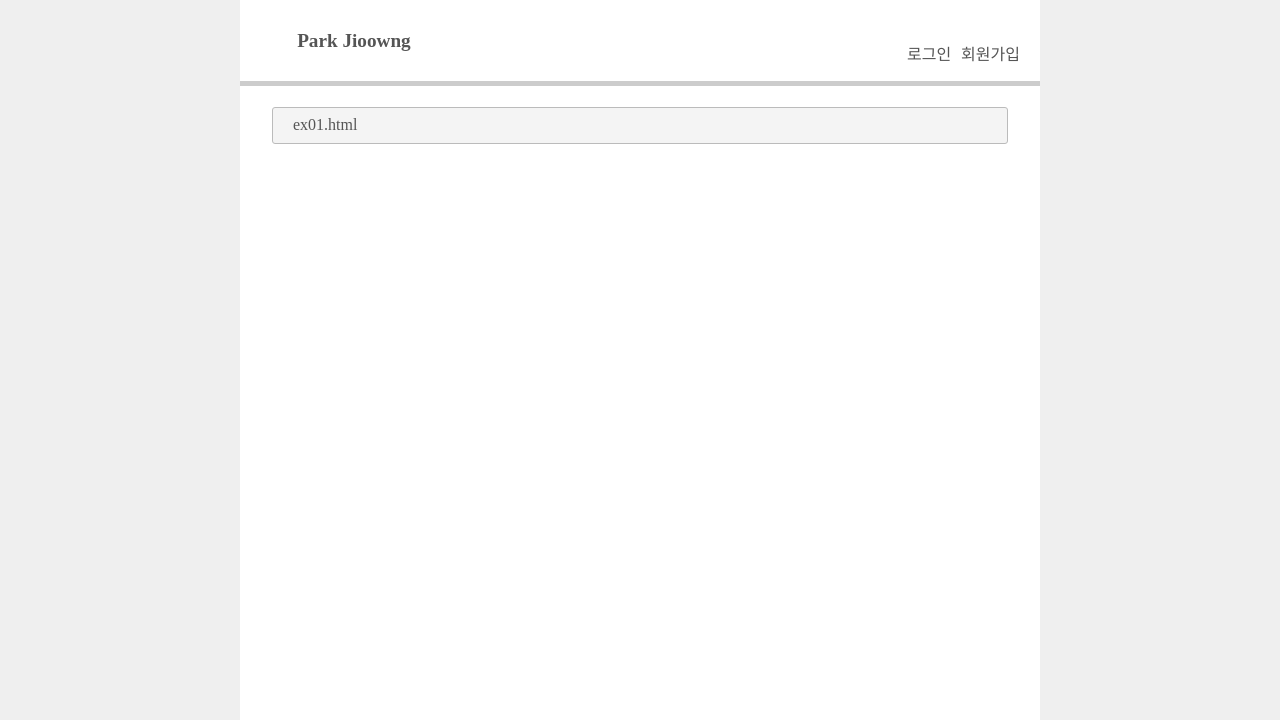
Repository: park-jiwoong/webClass
Page: JSPClass/jspPro/src/main/webapp/days01/ex01.html
These files come from the project's save history. The page is drawn as it stood at one moment and after the next save; the edit follows.
The browser window is 1280 px wide. The pictures show the whole page.
Some web fonts or font styles are not loaded; a fallback is used.

Above is the page before, as saved 2025-05-21 01:23:15.

### JSPClass/jspPro/src/main/webapp/days01/ex01.html
<!DOCTYPE html>
<html>
<head>
<meta charset="UTF-8">
<meta name="viewport" content="width=device-width, initial-scale=1.0">
<title>2025. 5. 21. 오전 9:51:45</title>
<link rel="shortcut icon" type="image/x-icon"
	href="/jspPro/images/SiSt.ico">
<link rel="stylesheet" href="/jspPro/resources/cdn-main/example.css">
<script src="/jspPro/resources/cdn-main/example.js"></script>
<style>
span.material-symbols-outlined {
	vertical-align: text-bottom;
}
</style>
</head>
<body>
	<header>
		<h1 class="main">
			<a href="#" style="position: absolute; top: 30px;">Park Jioowng</a>
		</h1>
		<ul>
			<li><a href="#">로그인</a></li>
			<li><a href="#">회원가입</a></li>
		</ul>
	</header>
	<div>
		<xmp class="code"> ex01.html </xmp>
	</div>
</body>
</html>

### JSPClass/jspPro/src/main/webapp/resources/cdn-main/example.css
@charset "UTF-8";

@import url('https://fonts.googleapis.com/css2?family=Material+Symbols+Outlined:opsz,wght,FILL,GRAD@20..48,100..700,0..1,-50..200');

@font-face {
    font-family: 'GmarketSansMedium';
    src: url('https://cdn.jsdelivr.net/gh/projectnoonnu/noonfonts_2001@1.1/GmarketSansMedium.woff') format('woff');
    font-weight: normal;
    font-style: normal;
}

:root {
	--text-color: #555;
	--sub-text-color: #777;
	--back-color: #EFEFEF;
	--header-color: #444;
	--primary-color: #DEDEDE;
	--secondary-color: #EFEFEF;
	--default-width: 800px;
	--narrow-width: 500px;
	--wide-width: 1200px;
	--text-font: 'GmarketSansMedium';
	--icon-font: 'Material Symbols Outlined';
	--border-color: #CCC;
}

html, body {
	margin: 0;
	padding: 0;
}

html {
	background-color: var(--back-color);
	display: flex;
	justify-content: center;
	min-height: 100vh;
}

body, body.default {
	width: var(--default-width);
	background-color: white;
	padding-bottom: 120px;
}

body.wide {
	width: var(--wide-width);
}

body.narrow {
	width: var(--narrow-width);
}



body, p, div, span, a, input, select, option, textarea, button, table, th, td, label, fieldset, legend {
	font-family: var(--text-font);
	color: var(--text-color);
}

h1, h2, h3 {
	font-family: var(--text-font);
	color: var(--header-color);
	padding: 0 1rem;
	padding-top: .5rem;
}

div > h1, div > h2, div > h3 {
	padding: 0;
}

body > div, body > main > div {
	padding: 0.3rem 1rem;
}


h1 { font-size: 2rem; border-bottom: 1px solid var(--border-color); }
h1 small { font-size: 1.2rem; color: var(--sub-text-color); }
h2 { font-size: 1.5rem; border-bottom: 1px dashed var(--border-color); }
h2 small { font-size: 1.1rem; color: --sub-text-color; }
h3 { font-size: 1.2rem; }
h3 small { font-size: 1rem; color: --sub-text-color; }



h1.main::before {
	font-family: var(--icon-font);
  	content: '\e666';
  	margin-right: 10px;
  	float: left;
	font-size: 2.5rem;
}

h1.sub::before {
	font-family: var(--icon-font);
  	content: '\ea19';
  	margin-right: 10px;
  	float: left;
	font-size: 2.5rem;
}


h1.page::before {
	font-family: var(--icon-font);
  	content: '\e0e0';
  	margin-right: 10px;
  	float: left;
	font-size: 2.5rem;
}

body > header > ul > li > .active{
	background-color: #FFF;
	color:#F00;
}

body > header {
	display: flex;
	justify-content: space-between;
	border-bottom: 5px solid var(--border-color);
	min-height: 74px;
	background-color: #FFF;
}

body > header.sticky {
	position: sticky;
	top: 0;
	z-index: 98;
}

body > header > h1 {
	font-size: 1.2rem;
	border: 0;
}

body > header.in > h1::before {
	font-family: var(--icon-font);
  	content: '\e332‥';
  	margin-right: 3px;
  	float: left;
	font-size: 2rem;
}


body > header > ul {
	list-style-type: none;
	display: flex;
	align-items: flex-end;
	margin-right: 10px;
}

body > header > ul > li {
	margin-right: 10px;
	cursor: pointer;
}

body > header > ul > li > a {
	cursor: pointer;
}


form {
	display: block;
}

form > div {
	padding: 0.3rem 1rem;
}

div > form > div {
	padding: 0.3rem 0;
}

input, textarea, button, select {
	border: 1px solid #BBB;
	border-radius: 3px;
	outline: none;
	resize: none;
	padding: 7px;
	margin: 0;
}

input[type=text]:read-only, textarea:read-only {
	cursor: not-allowed;
	background-color: #FFF;
}

input[type=text]:disabled, textarea:disabled {
	cursor: not-allowed;
	background-color: #EEE;
}

input[type=text], input[type=password], textarea, button, select {
	/* width: 300px; */
}

textarea {
	display: block;
	height: 100px;
}

input[type=button], input[type=submit], button {
	/* width: inherit; */
}

input.short, textarea.short, button.short, select.short {
	width: 100px;
}

input.long, textarea.long, button.long, select.long {
	width: 350px;
}

.narrow input.long, .narrow textarea.long, .narrow button.long, .narrow select.long {
	width: calc(100% - 20px);
}

input.full, textarea.full, button.full, select.full {
	width: calc(100% - 20px);
}

textarea.short {
	height: 50px;
}

textarea.long {
	height: 100px;
}

textarea.full {
	height: 200px;
}

input, textarea {
	padding-top: 8px;
}

input[type=button], input[type=submit], button {
	padding: 5px 10px;
	background-color: var(--secondary-color);
	cursor: pointer;
	min-height: 36px;
}

input[type=button].primary, input[type=submit].primary, button.primary {
	/* background-color: rgba(100, 149, 237, .2); */
	background-color: var(--primary-color);
}

input[type=button].primary:hover, input[type=submit].primary:hover, button.primary:hover {
	/* background-color: rgba(100, 149, 237, .3); */
	background-color: var(--secondary-color);
}

input[type=button]:hover, input[type=submit]:hover, button:hover {
	background-color: var(--primary-color);
}

button {
	position: relative;
	left: 0;
	top: 0;
	padding-left: 35px;
}

button .material-symbols-outlined {
	position: absolute;
	left: 10px;
	top: 4px;
}

/* k2nik add */
button.login::before {
	font-family: var(--icon-font);
  	content: '\ea77';
	position: absolute;
	left: 11px;
	top: 4px;
	font-size: 1.25rem;
}

/* k2nik logout */
button.logout::before {
	font-family: var(--icon-font);
  	content: '\e9ba';
	position: absolute;
	left: 11px;
	top: 4px;
	font-size: 1.25rem;
}

/* k2nik help */
button.help::before {
	font-family: var(--icon-font);
  	content: '\f1c0';
	position: absolute;
	left: 11px;
	top: 4px;
	font-size: 1.25rem;
}

button.add::before{
	font-family: var(--icon-font);
  	content: '\e746';
	position: absolute;
	left: 11px;
	top: 4px;
	font-size: 1.25rem;
}

button.back::before {
	font-family: var(--icon-font);
  	content: '\e166';
	position: absolute;
	left: 11px;
	top: 4px;
	font-size: 1.25rem;
}

button.list::before {
	font-family: var(--icon-font);
  	content: '\e0ee';
	position: absolute;
	left: 11px;
	top: 4px;
	font-size: 1.25rem;
}


button.del::before {
	font-family: var(--icon-font);
  	content: '\e872';
	position: absolute;
	left: 11px;
	top: 4px;
	font-size: 1.25rem;
}

button.alldel::before {
	font-family: var(--icon-font);
  	content: '\e92b';
	position: absolute;
	left: 11px;
	top: 4px;
	font-size: 1.25rem;
}


button.edit::before {
	font-family: var(--icon-font);
  	content: '\e745';
	position: absolute;
	left: 11px;
	top: 4px;
	font-size: 1.25rem;
}


button.login::before {
	font-family: var(--icon-font);
  	content: '\ea77';
	position: absolute;
	left: 11px;
	top: 4px;
	font-size: 1.25rem;
}


button.logout::before {
	font-family: var(--icon-font);
  	content: '\e9ba';
	position: absolute;
	left: 11px;
	top: 4px;
	font-size: 1.25rem;
}


button.in::before {
	font-family: var(--icon-font);
  	content: '\f71a';
	position: absolute;
	left: 11px;
	top: 4px;
	font-size: 1.25rem;
}


button.out::before {
	font-family: var(--icon-font);
  	content: '\f70e';
	position: absolute;
	left: 11px;
	top: 4px;
	font-size: 1.25rem;
}


button.reply::before {
	font-family: var(--icon-font);
  	content: '\e15e';
	position: absolute;
	left: 11px;
	top: 4px;
	font-size: 1.25rem;
}


button.comment::before {
	font-family: var(--icon-font);
  	content: '\e0b9';
	position: absolute;
	left: 11px;
	top: 4px;
	font-size: 1.25rem;
}


button.modal::before {
	font-family: var(--icon-font);
  	content: '\e89e';
	position: absolute;
	left: 11px;
	top: 4px;
	font-size: 1.25rem;
}


button.ok::before {
	font-family: var(--icon-font);
  	content: '\e86c';
	position: absolute;
	left: 11px;
	top: 4px;
	font-size: 1.25rem;
}


button.cancel::before {
	font-family: var(--icon-font);
  	content: '\e5c9';
	position: absolute;
	left: 11px;
	top: 4px;
	font-size: 1.25rem;
}

button.search::before {
	font-family: var(--icon-font);
  	content: '\e8b6';
	position: absolute;
	left: 11px;
	top: 4px;
	font-size: 1.25rem;
}

button.home::before {
	font-family: var(--icon-font);
  	content: '\e88a';
	position: absolute;
	left: 11px;
	top: 4px;
	font-size: 1.25rem;
}


button.sidebar::before {
	font-family: var(--icon-font);
  	content: '\f7e4';
	position: absolute;
	left: 11px;
	top: 4px;
	font-size: 1.25rem;
}


button.sidebar-right::before {
	font-family: var(--icon-font);
  	content: '\f7e5';
	position: absolute;
	left: 11px;
	top: 4px;
	font-size: 1.25rem;
}




button::before {
	font-family: var(--icon-font);
  	content: '\e323';
	position: absolute;
	left: 11px;
	top: 4px;
	font-size: 1.25rem;
}


table {
	border-collapse: collapse;
	margin: 1rem;
	box-sizing: border-box;
	width: calc(100% - 32px);
}

table.content {
	width: auto;
}

div > table {
	margin: 0;
}

table th, table td {
	border: 1px solid var(--border-color);
	padding: 7px;
	font-weight: normal;
}

table th {
	background-color: var(--back-color);
}

table.vertical th {
	width: 150px;
}

table.vertical td {
	width: calc(100% - 182px);
	padding-left: 10px;
}

table.content td, table.content th {
	width: auto;
}

body.narrow table.vertical th {
	width: 100px;
}

body.narrow table.vertical td {
	width: calc(100% - 182px);
}


table + table {
	margin-top: 30px;
}


p {
	padding: 0 1rem;
}

a {
	text-decoration: none;
}

a:hover {
	color: rgba(255, 99, 71, .7);
}

hr {
	border: 0;
	border-top: 1px solid var(--border-color);
	margin: 2rem 0;
}

.message {
	border: 1px solid var(--border-color);
	background-color: #EFEFEF;
	margin: 1rem;
	width: auto;
	padding-top: 10px;
	padding-bottom: 10px;
	font-size: 14px;
}

.message[title]::before {
	content: attr(title);
	display: block;
	border-bottom: 1px solid var(--border-color);
	padding-bottom: 5px;
	margin-bottom: 10px;
	margin-top: 7px;
}

.message.short {
	max-width: 250px;
}

.message.long {
	max-width: 500px;
}

.badge {
	float: right;
	font-size: .8rem;
	margin-top: 2px;
	margin-right: 2px;
	text-shadow: 0 0 7px gray;
}

.badge.left {
	float: none;
	margin-left: 2px;
}

.badge.right {
	float: right;
}

.badge.red {
	border-radius: 50%;
	padding: 2px 5px;
	background-color: rgb(255, 99, 71, .3);
}

.badge.yellow {

	border-radius: 50%;
	padding: 2px 5px;
	background-color: rgb(255, 215, 0, .5);
}

.badge.blue {
	border-radius: 50%;
	padding: 2px 5px;
	background-color: rgb(100, 149, 237, .3);
}

label + label {
	margin-left: 7px;
}

label input[type=checkbox], label input[type=radio] {
	transform: translate(0, 1px);
}

.group {
	display: flex;
}

.modal-content .group {
	margin-bottom: .5rem;
}

.group label {
	border: 1px solid #BBB;
	border-radius: 3px;
	outline: none;
	resize: none;
	padding: 7px 14px;
	margin: 0;
	border-top-right-radius: 0;
	border-bottom-right-radius: 0;
	background-color: #EFEFEF;
	white-space: nowrap;
	font-size: 14px;
}

.group input[type=text] {
	margin-left: -1px;
	border-top-left-radius: 0;
	border-bottom-left-radius: 0;
}

.group select {
	margin-left: -1px;
	border-top-left-radius: 0;
	border-bottom-left-radius: 0;
}

.group input.full[type=text] {
	margin-left: -1px;
	border-top-left-radius: 0;
	border-bottom-left-radius: 0;
	width: 100%;
}

.group input[type=button]:first-child, .group button:first-child {
	border-top-left-radius: 3px;
	border-bottom-left-radius: 3px;
	margin-left: 0px;
}

.group input[type=button], .group button {
	border-radius: 0;
	margin-left: -1px;
}

.group input[type=button]:last-child, .group button:last-child {
	margin-left: -1px;
	border-top-right-radius: 3px;
	border-bottom-right-radius: 3px;
}

.seperate {
	display: flex;
	justify-content: space-between;
}

div.list {
	width: max-content;
	margin: 1rem;
	border: 1px solid #BBB;
	border-radius: 3px;
	padding: 0;
}

div.list.full {
	width: auto;
	display: block;
	margin: 1rem;
	border: 1px solid #BBB;
	border-radius: 3px;
	padding: 0;
}

div.list > div {
	padding: .5rem 1rem;
	margin: 0;
	border-bottom: 1px solid #BBB;
}

div.list > div:last-child {
	border-bottom: 0;
}

pre.code , xmp.code{
	font-family: consols;
	background-color: rgba(150, 150, 150, .1);
	border: 1px solid #BBB;
	border-radius: 3px;
	padding: .5rem 1rem;
	padding-bottom: .6rem;
	margin: 1rem;
}




*[data-modal-window] {
	position: fixed;
	background-color: rgba(0, 0, 0, .3);
	left: 0;
	top: 0;
	display: none;
	justify-content: center;
	align-items: flex-start;
	width: 100%;
	min-height: 100vh;
	z-index: 100;
	opacity: 0;
	transition: 500ms all;
}

*[data-modal-window] .modal-container {
	border-radius: 5px;
	padding: 1rem;
	padding-bottom: .5rem;
	margin-top: -500px;
	opacity: 0;
	width: 500px;
	background-color: #FFF;
	margin-right: 2rem;
	transition: 500ms all;
}

*[data-modal-size=content] .modal-container {
	width: auto;
}

*[data-modal-size=narrow] .modal-container {
	width: 300px;
}

*[data-modal-size=wide] .modal-container {
	width: 760px;
}


*[data-modal-window] .modal-header {
	border-bottom: 1px solid var(--border-color);
	padding: 2px 5px;
}

*[data-modal-window] .modal-content {
	padding: 1rem 5px;
}

*[data-modal-window] .modal-content div:last-child {
	margin-top: 1rem;
	text-align: right;
}



*[data-sidebar-window] {
	position: fixed;
	background-color: #FFF;
	left: 0;
	top: 0;
	display: block;
	width: 300px;
	border-right: 1px solid var(--border-color);
	box-sizing: border-box;
	box-shadow: 0 0 3px var(--back-color);
	min-height: 100vh;
	z-index: 99;
	transform: translate(-300px, 0);
	transition-duration: 500ms;
	transition-property: transform;
}

*[data-sidebar-direction=right] {
	left: auto;
	right: 0;
	transform: translate(300px, 0);
	border-left: 1px solid var(--border-color);
}

*[data-sidebar-size=wide] {
	width: 500px;
	transform: translate(-500px, 0);
}

*[data-sidebar-window] .sidebar-title {
	border-bottom: 1px solid var(--border-color);
	margin-top: 20px;
	margin-bottom: 20px;
	padding-bottom: 5px;
	display: flex;
	justify-content: space-between;
}

*[data-sidebar-window] .sidebar-title span:last-child {
	cursor: pointer;
}


/* K2Nik pagination */
.center {
  text-align: center;
}

.pagination {
  display: inline-block;
}

.pagination a {
  color: black;
  float: left;
  padding: 3px 6px;
  text-decoration: none;
  transition: background-color .3s;
  border: 1px solid #ddd;
  margin: 0 3px;
}

.pagination a.active {
  background-color: #4CAF50;
  color: white;
  border: 1px solid #4CAF50;
}

.pagination a:hover:not(.active) {background-color: #ddd;}

### JSPClass/jspPro/src/main/webapp/resources/cdn-main/example.js

window.onload = () => {

    const list = document.querySelectorAll('input, textarea');

    list.forEach(item => {
        item.setAttribute('autocomplete', 'off');
    });


    const modal_btn_list = document.querySelectorAll('*[data-modal-button]');

    modal_btn_list.forEach(item => {
        item.onclick = function() {

            const name = this.dataset['modalButton'];
            const modal_window = document.querySelector('*[data-modal-window=' + name);

            const container = document.createElement('div');
            container.className = 'modal-container';



            const modal_header = document.createElement('div');
            modal_header.textContent = modal_window.dataset['modalTitle'];
            modal_header.className = 'modal-header';
            container.appendChild(modal_header);

            const modal_content = document.createElement('div');
            modal_content.className = 'modal-content';
            container.appendChild(modal_content);

            Array.from(modal_window.childNodes).forEach(item => {
                modal_content.appendChild(item);
            });

            modal_window.appendChild(container);

            modal_window.style.display = 'flex';

            setTimeout(() => {
                modal_window.style.opacity = 1;
                container.style.marginTop = '20px';
                container.style.opacity = 1;
            }, 50);


            const modal_ok = document.querySelector('*[data-modal-ok=' + name);
            modal_ok.addEventListener('click', function() {
                modal_window.style.opacity = 0;
                container.style.marginTop = '-500px';
                container.style.opacity = 0;

                setTimeout(() => {
                    modal_window.innerHTML = modal_content.innerHTML;
                    modal_window.style.display = 'none';
                }, 500);

            });

            const modal_cancel = document.querySelector('*[data-modal-cancel=' + name);
            modal_cancel.addEventListener('click', function() {

                modal_window.style.opacity = 0;
                container.style.marginTop = '-500px';
                container.style.opacity = 0;

                setTimeout(() => {
                    modal_window.innerHTML = modal_content.innerHTML;
                    modal_window.style.display = 'none';
                }, 500);
            });


        };
    });


    const sidebar_btn_list = document.querySelectorAll('*[data-sidebar-button]');

    sidebar_btn_list.forEach(item => {
        item.onclick = function() {



            const name = this.dataset['sidebarButton'];
            const sidebar_window = document.querySelector('*[data-sidebar-window=' + name);

            if (sidebar_window.style.transform == 'translate(0px, 0px)') return;



            sidebar_window.style.transform = 'translate(0, 0)';

            const sidebar_title = document.createElement('div');
            sidebar_title.className = 'sidebar-title';
            sidebar_title.innerHTML = '<span>' + sidebar_window.dataset['sidebarTitle'] + '</span><span class="material-symbols-outlined">close</span>';

            sidebar_title.children[1].onclick = function() {

                let sign = 1;
                let distance = 300;

                if (sidebar_window.dataset['sidebarDirection'] != 'right') {
                    sign = -1;
                } else {
                    sign = 1;
                }

                if (sidebar_window.dataset['sidebarSize'] != 'wide') {
                    distance = 300;
                } else {
                    distance = 500;
                }

                distance *= sign;

                sidebar_window.style.transform = 'translate(' + distance + 'px, 0)';

                setTimeout(function() {
                    sidebar_window.removeChild(sidebar_window.children[0]);
                }, 500);
            };


            sidebar_window.prepend(sidebar_title);

        }
    });

};

// window.onkeydown = function(event) {

//     if (event.keyCode == 27) {
//         if (document.querySelector('[data-modal-window').style.display == 'flex') {
//             document.querySelector('[data-modal-window').style.display = 'none';
//         }
//     }

// };

After the next save:
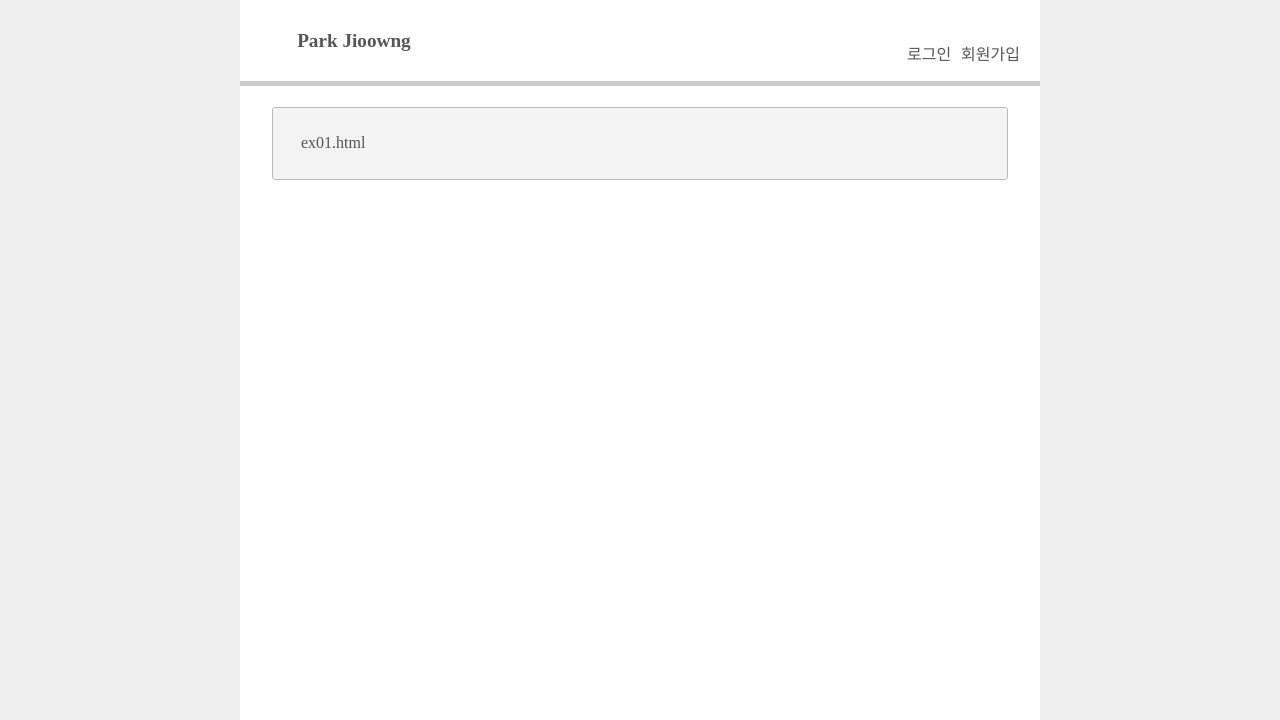
Saved 25 s later.
--- a/JSPClass/jspPro/src/main/webapp/days01/ex01.html
+++ b/JSPClass/jspPro/src/main/webapp/days01/ex01.html
@@ -4,28 +4,27 @@
 <meta charset="UTF-8">
 <meta name="viewport" content="width=device-width, initial-scale=1.0">
 <title>2025. 5. 21. 오전 9:51:45</title>
-<link rel="shortcut icon" type="image/x-icon"
-	href="/jspPro/images/SiSt.ico">
+<link rel="shortcut icon" type="image/x-icon" href="/jspPro/images/SiSt.ico">
 <link rel="stylesheet" href="/jspPro/resources/cdn-main/example.css">
 <script src="/jspPro/resources/cdn-main/example.js"></script>
 <style>
-span.material-symbols-outlined {
-	vertical-align: text-bottom;
-}
+ span.material-symbols-outlined{
+    vertical-align: text-bottom;
+ }
 </style>
 </head>
 <body>
-	<header>
-		<h1 class="main">
-			<a href="#" style="position: absolute; top: 30px;">Park Jioowng</a>
-		</h1>
-		<ul>
-			<li><a href="#">로그인</a></li>
-			<li><a href="#">회원가입</a></li>
-		</ul>
-	</header>
-	<div>
-		<xmp class="code"> ex01.html </xmp>
-	</div>
+<header>
+  <h1 class="main"><a href="#" style="position: absolute;top:30px;">Park Jioowng</a></h1>
+  <ul>
+    <li><a href="#">로그인</a></li>
+    <li><a href="#">회원가입</a></li>
+  </ul>
+</header>
+<div>
+  <xmp class="code">
+   ex01.html
+  </xmp>
+</div>
 </body>
 </html>
